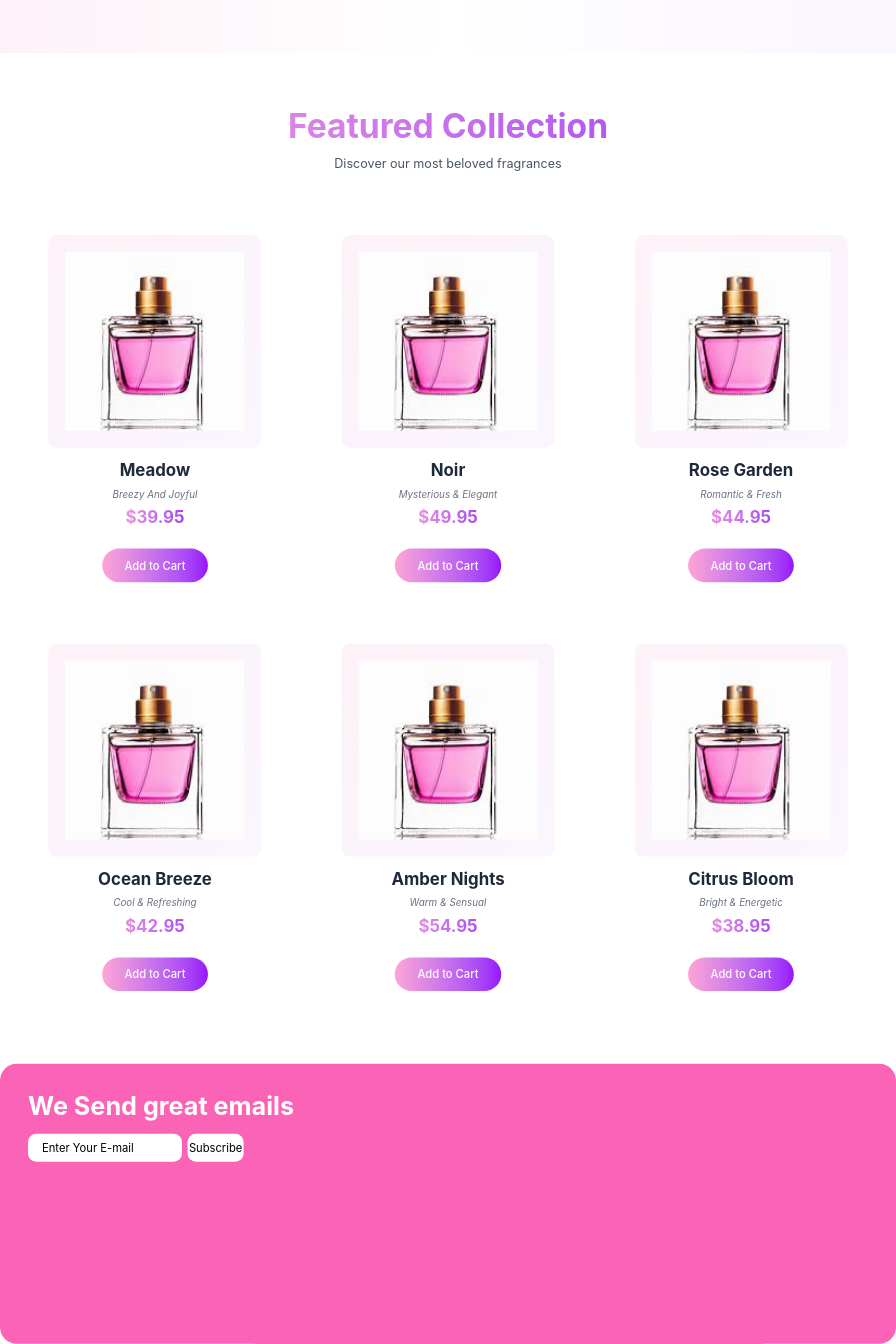
Repository: kiran2k5-ai/E-Commerce-Perfume
Page: /
These files come from the project's save history. The page is drawn as it stood at one moment and after the next save; the edit follows.
The browser window is 1280 px wide. The pictures show the part of the page from y = 904 to 2824 px (the page is 2824 px tall), at 70% of full size.
The project was rebuilt for these pictures with package versions that can differ from the ones it lists, and the page was loaded fresh each time. Also part of the build but not shown: vite.config.js.

Above is the page before, as saved 2026-02-04 12:44:08.

### index.html
<!doctype html>
<html lang="en">
  <head>
    <meta charset="UTF-8" />
    <link rel="icon" type="image/svg+xml" href="/vite.svg" />
    <meta name="viewport" content="width=device-width, initial-scale=1.0" />
    <title>perfume-ecommerce</title>
  </head>
  <body>
    <div id="root"></div>
    <script type="module" src="/src/main.jsx"></script>
  </body>
</html>

### src/index.css
@import "tailwindcss";

@layer base {
  * {
    scroll-behavior: smooth;
  }

  body {
    font-family: 'Inter', 'Segoe UI', Tahoma, Geneva, Verdana, sans-serif;
    -webkit-font-smoothing: antialiased;
    -moz-osx-font-smoothing: grayscale;
  }
}

@layer utilities {
  .animate-fade-in {
    animation: fadeIn 1.5s ease-in-out;
  }

  @keyframes fadeIn {
    from {
      opacity: 0;
      transform: translateY(30px);
    }
    to {
      opacity: 1;
      transform: translateY(0);
    }
  }
}

### src/App.jsx
import { useState } from 'react'
import './App.css'
import Navbar from './components/Navbar'
import Home from './pages/Home'

function App() {
  const [count, setCount] = useState(0)

  return (
    <>
      <Navbar></Navbar>
      <Home></Home>
    </>
  )
}

export default App

### src/components/Navbar.jsx
import React from 'react'

const Navbar = () => {
  return (
    <nav className=" fixed w-full bg-pink-100 z-50 left-0 md:px-16 py-4 rounded-4xl">
      <div className="flex items-center justify-between">

        <div className="flex gap-6">
          <a href="#" className="hover:underline">Shop</a>
          <a href="#" className="hover:underline">About</a>
        </div>

        <div className="font-semibold text-2xl">
          Perfume
        </div>

        <div className="flex gap-6">
          <a href="#" className="hover:underline">Blog</a>
          <a href="#" className="hover:underline">Contact</a>
        </div>

      </div>
    </nav>
  )
}

export default Navbar

### src/pages/Home.jsx
import React from 'react'
import { Swiper, SwiperSlide } from "swiper/react";
import { Mousewheel } from "swiper/modules";
import Gridbox from '../components/Gridbox';
import Footer from '../components/Footer';
import "swiper/css";

const Home = () => {
  const products = [
    { id: 1, name: "Meadow", description: "Breezy And Joyful", price: "$39.95", image: "src/images/image2.jpg" },
    { id: 2, name: "Noir", description: "Mysterious & Elegant", price: "$49.95", image: "src/images/image2.jpg" },
    { id: 3, name: "Rose Garden", description: "Romantic & Fresh", price: "$44.95", image: "src/images/image2.jpg" },
    { id: 4, name: "Ocean Breeze", description: "Cool & Refreshing", price: "$42.95", image: "src/images/image2.jpg" },
    { id: 5, name: "Amber Nights", description: "Warm & Sensual", price: "$54.95", image: "src/images/image2.jpg" },
    { id: 6, name: "Citrus Bloom", description: "Bright & Energetic", price: "$38.95", image: "src/images/image2.jpg" },
  ];

  return (
    <>
    {/* Hero Section */}
    <div className='relative h-screen overflow-hidden'>
      <div className="absolute inset-0 bg-gradient-to-br from-pink-200/30 via-purple-200/30 to-blue-200/30"></div>
      <img src="src\images\image3.jpg" alt="Hero" className='mt-10 absolute inset-0 w-full h-full object-cover mix-blend-overlay'/>
      <div className='absolute inset-0 flex flex-col items-center justify-center text-white px-6'>
        <h1 className='text-7xl md:text-7xl font-bold text-center leading-tight mb-6 animate-fade-in'>
          Elevate EveryDay<br />
          Moments To<br />
          <span className='bg-gradient-to-r from-pink-300 to-purple-300 bg-clip-text text-transparent'>Extraordinary</span>
        </h1>
        <p className='text-xl md:text-2xl text-gray-100 mt-4 font-light tracking-wide'>Discover Your Signature Scent</p>
        <button className='mt-10 px-10 py-4 bg-white text-gray-800 rounded-full font-semibold text-lg hover:bg-pink-100 hover:scale-105 transition-all duration-300 shadow-2xl'>
          Explore Collection
        </button>
      </div>
    </div>

    {/* Brand Showcase */}
    <div className="bg-gradient-to-r from-pink-50 via-white to-purple-50 py-20">
      <div className="max-w-7xl mx-auto px-8">
        <h2 className="text-center text-gray-400 uppercase tracking-widest text-sm mb-10 font-semibold">Featured Brands</h2>
        <div className="flex items-center justify-between flex-wrap gap-8 text-gray-700">
          <h1 className="font-light italic text-4xl hover:text-pink-600 transition-colors cursor-pointer">flow</h1>
          <h1 className="font-semibold tracking-wide text-4xl hover:text-pink-600 transition-colors cursor-pointer">NINO</h1>
          <h1 className="font-medium text-4xl hover:text-pink-600 transition-colors cursor-pointer">InTrend</h1>
          <h1 className="font-bold text-4xl hover:text-pink-600 transition-colors cursor-pointer">JUNE</h1>
          <h1 className="font-semibold tracking-widest text-4xl hover:text-pink-600 transition-colors cursor-pointer">ZINE</h1>
          <h1 className="font-extrabold text-4xl hover:text-pink-600 transition-colors cursor-pointer">MAX</h1>
        </div>
      </div>
    </div>

    {/* Featured Products Section */}
    <div className="bg-white py-20">
      <div className="max-w-7xl mx-auto px-8">
        <div className="text-center mb-16">
          <h2 className="text-5xl font-bold bg-gradient-to-r from-pink-300 to-purple-600 bg-clip-text text-transparent mb-4">
            Featured Collection
          </h2>
          <p className="text-gray-600 text-lg">Discover our most beloved fragrances</p>
        </div>

        <div className="grid grid-cols-1 md:grid-cols-2 lg:grid-cols-3 gap-10">
          {products.map((product) => (
            <Gridbox
              key={product.id}
              name={product.name}
              description={product.description}
              price={product.price}
              image={product.image}
            />
          ))}
        </div>
      </div>
    </div>
    <Footer></Footer>

    </>
  )
}

export default Home

### src/components/Gridbox.jsx
import React from 'react'

const Gridbox = ({ image, name, description, price }) => {
  return (
    <div className="group flex flex-col items-center text-center gap-4 p-6 rounded-2xl bg-white hover:shadow-2xl transition-all duration-500 transform hover:-translate-y-2">

      <div className="relative overflow-hidden rounded-xl bg-gradient-to-br from-pink-50 to-purple-50 p-6">
        <img
          src={image}
          alt={name}
          className="w-64 h-64 object-cover transition-transform duration-500 group-hover:scale-110"
        />
        <div className="absolute inset-0 bg-gradient-to-t from-black/10 to-transparent opacity-0 group-hover:opacity-100 transition-opacity duration-300"></div>
      </div>

      <div className="space-y-2">
        <h2 className="text-2xl font-bold text-gray-800">{name}</h2>
        <p className="text-sm text-gray-500 italic">{description}</p>
        <p className="text-2xl font-bold bg-gradient-to-r from-pink-300 to-purple-600 bg-clip-text text-transparent">{price}</p>
      </div>

      <button
        className="mt-3 px-8 py-3 bg-gradient-to-r from-pink-300 to-purple-600 text-white rounded-full hover:shadow-lg hover:scale-105 transition-all duration-300 font-medium"
      >
        Add to Cart
      </button>

    </div>
  )
}

export default Gridbox

### src/components/Footer.jsx
import React from 'react'

const Footer = () => {
  return (
    <div className='flex justify-center'>
      <div className='h-100 w-350 bg-pink-400 rounded-3xl'>
        <div className='mt-10 ml-10 '>
            <h2 className='font-bold text-4xl  text-white'>We Send great emails</h2>
            <div className='flex flex-row gap-2 mt-5'>
            <input type="text" className='bg-white rounded-xl w-55 h-10 placeholder-black placeholder:px-5' placeholder='Enter Your E-mail'/>
            <button className=' bg-white w-20 h-10 rounded-xl text-black'>Subscribe</button>
            </div>
        </div>
      </div>
    </div>
  )
}

export default Footer

Loaded but not shown: src/main.jsx (common file); src/App.css (common file)

After the next save:
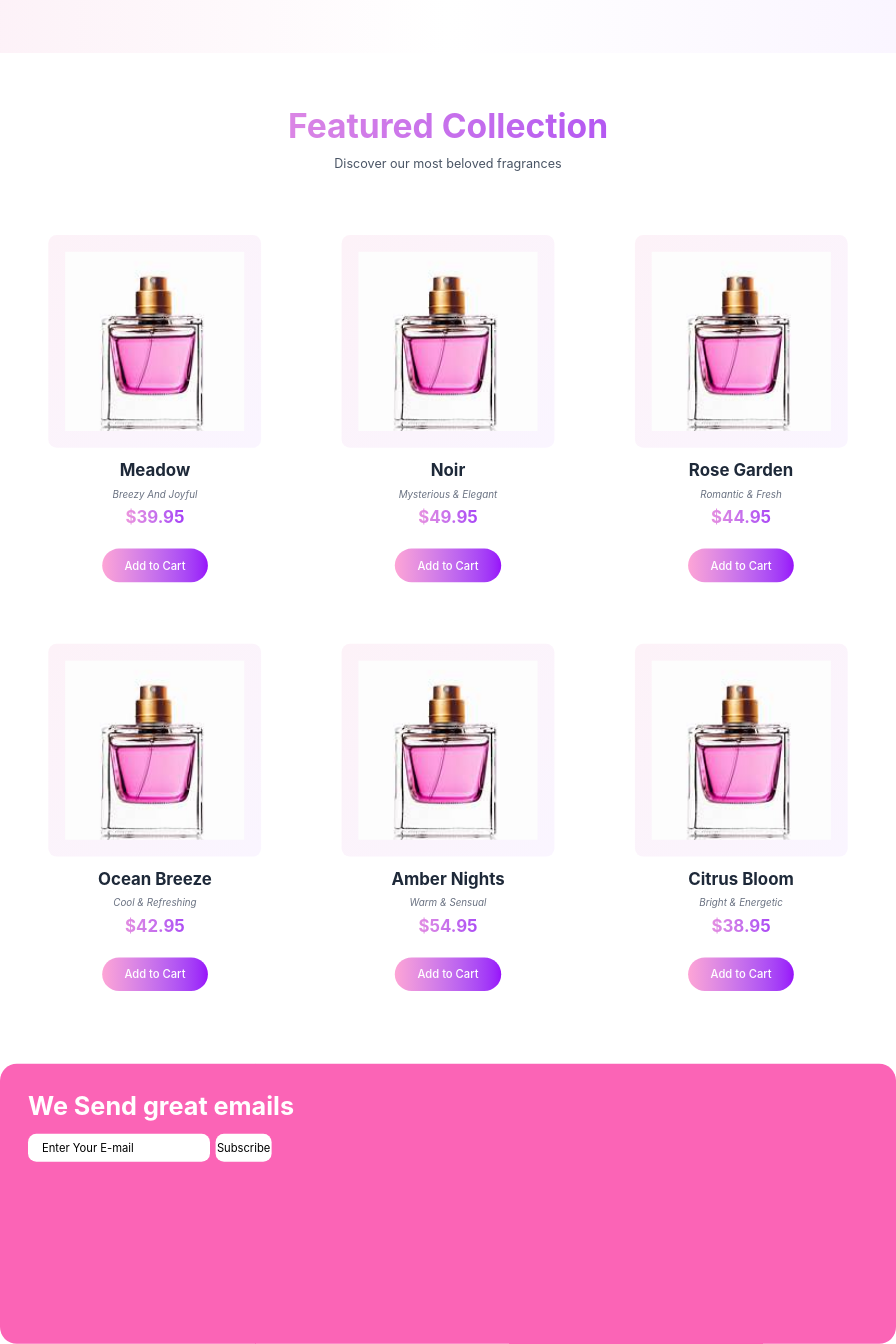
Saved 11 s later.
--- a/src/components/Footer.jsx
+++ b/src/components/Footer.jsx
@@ -7,7 +7,7 @@ const Footer = () => {
         <div className='mt-10 ml-10 '>
             <h2 className='font-bold text-4xl  text-white'>We Send great emails</h2>
             <div className='flex flex-row gap-2 mt-5'>
-            <input type="text" className='bg-white rounded-xl w-55 h-10 placeholder-black placeholder:px-5' placeholder='Enter Your E-mail'/>
+            <input type="text" className='bg-white rounded-xl w-65 h-10 placeholder-black placeholder:px-5' placeholder='Enter Your E-mail'/>
             <button className=' bg-white w-20 h-10 rounded-xl text-black'>Subscribe</button>
             </div>
         </div>
